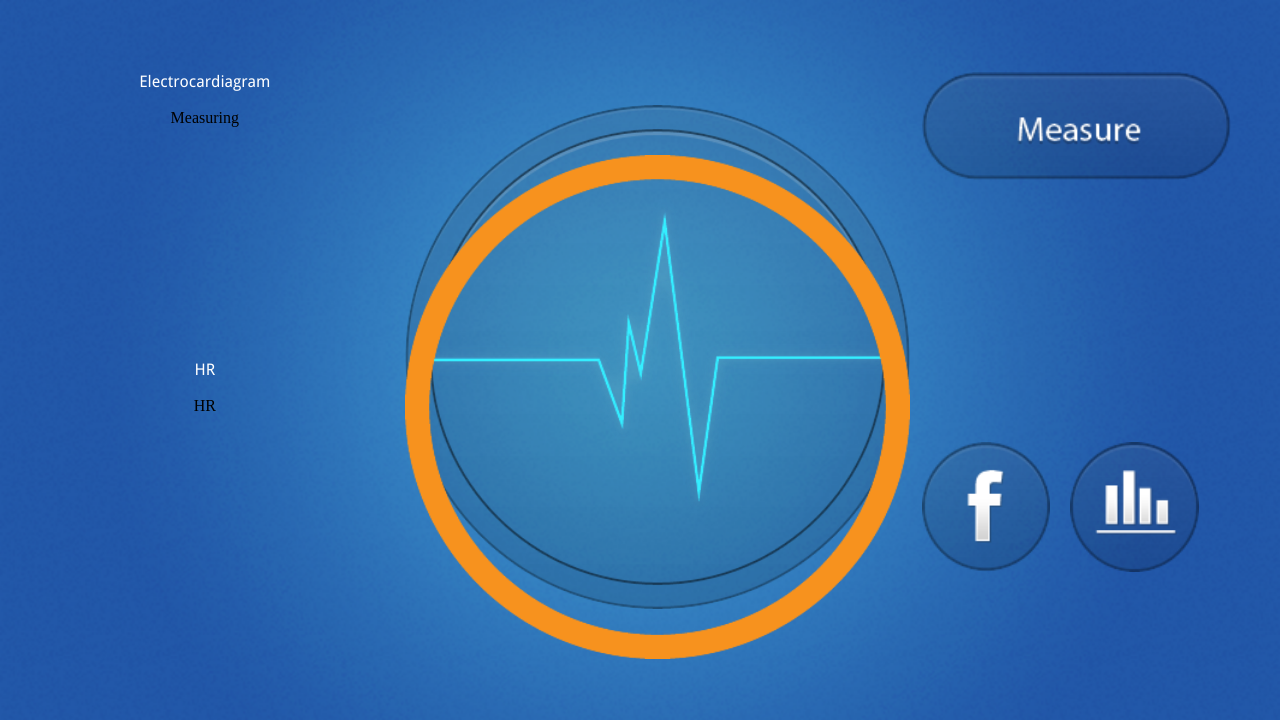
Repository: chouwill79131/IEcontest
Page: BluetoothChat/assets/main.html
An editor plug-in stored every save of this project. The page is shown before and after the next save, followed by the edit.
The browser window is 1280 px wide. The pictures show the whole page.

Above is the page before, as saved 2013-03-08 17:30:16.
Console error: TypeError: Cannot set properties of null (setting 'innerHTML')

After the next save:
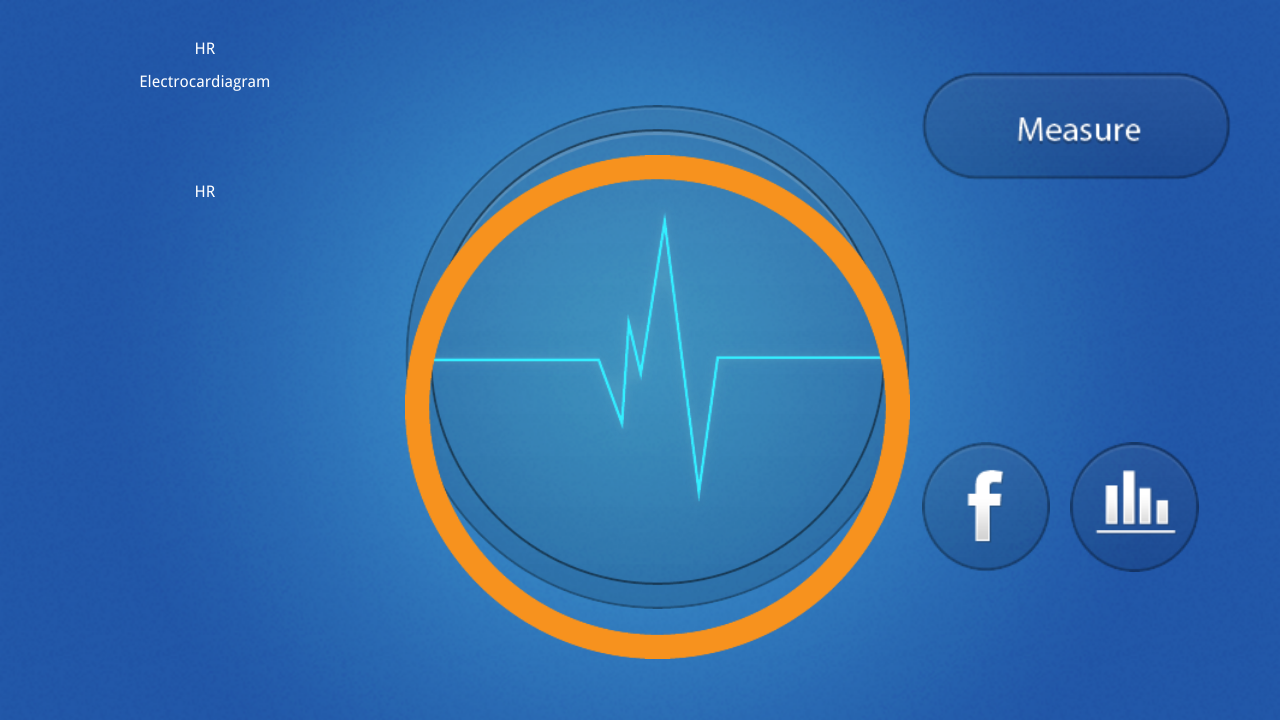
Saved 96 s later.
--- a/BluetoothChat/assets/main.css
+++ b/BluetoothChat/assets/main.css
@@ -9,10 +9,10 @@ body { margin:0; padding:0; }
 
 
 .left {  width: 28%; padding-left:2%;}
-.text, .hr { text-align: center; }
-.word { margin-top: 20%; color:white; font-family: droidsans,impact ; }
-.hr {   margin-top: 60%; color:white; font-family: droidsans,impact ;}
-.date { margin-top:-10%font-family: droidsans ; }
+.text, .hr , .date{ text-align: center; color:white;}
+.word { margin-top: 20%;  font-family: droidsans,impact ; }
+.subword, .date { margin-top:-50%; font-family: droidsans ;}
+.hr {   margin-top: 60%;  font-family: droidsans,impact ;}
 
 .mid { width: 41%; }
 .rhythm, .circle { width: auto; height:70%; margin-left: 4%; }
